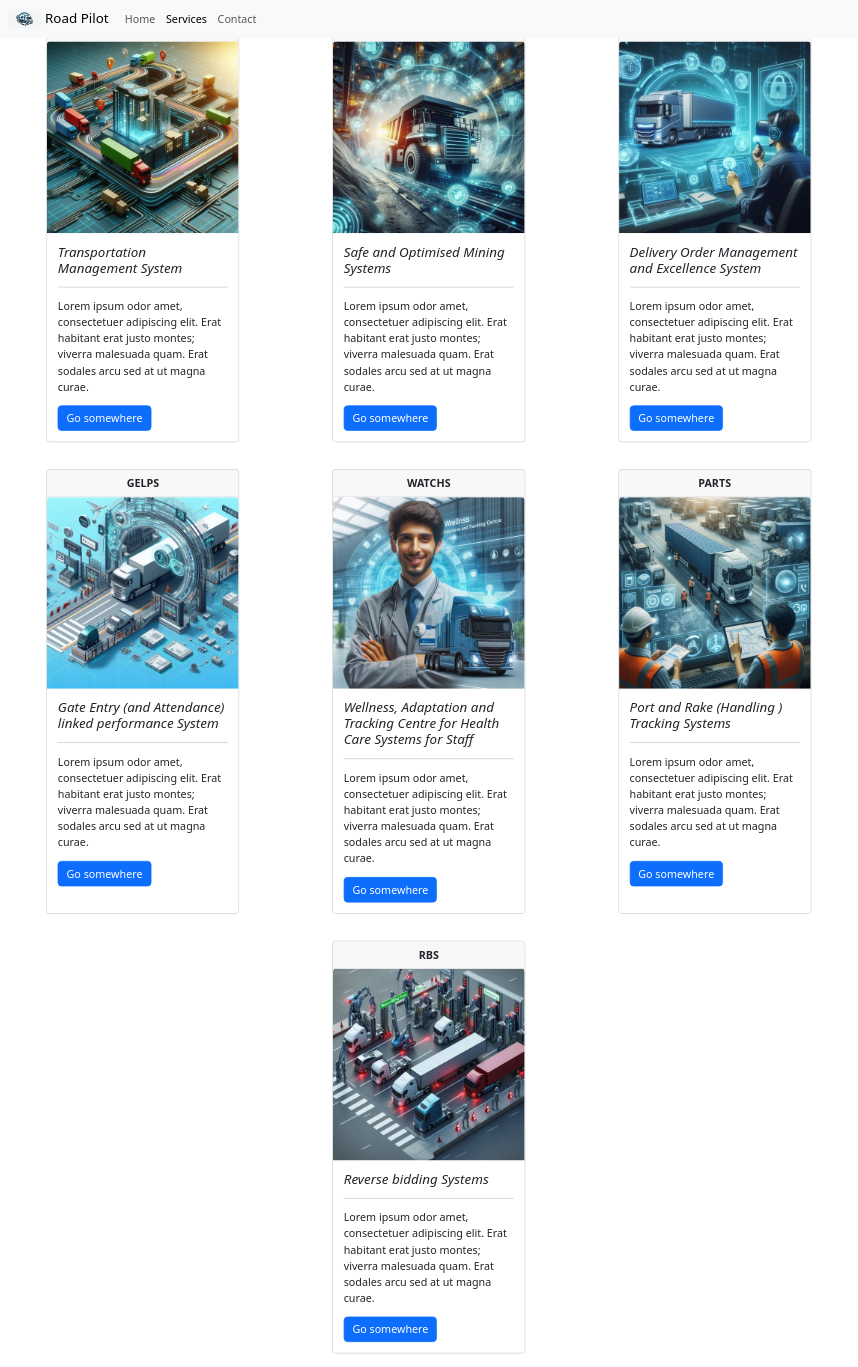
Repository: VictoriousMango/WebCreator
Page: pages/Services.html
The author's editor kept a copy of each file at every save. The page is drawn from the files as they stood at one save, then again after the next save.
The browser window is 1280 px wide. The pictures show the whole page, at 67% of full size.

Above is the page before, as saved 2024-11-09 12:11:48.

### pages/Services.html
<!DOCTYPE html>
<html lang="en">

<head>
    <meta charset="UTF-8">
    <meta name="viewport" content="width=device-width, initial-scale=1.0">
    <title>Web Creator</title>
    <link href="https://cdn.jsdelivr.net/npm/bootstrap@5.3.3/dist/css/bootstrap.min.css" rel="stylesheet"
        integrity="sha384-QWTKZyjpPEjISv5WaRU9OFeRpok6YctnYmDr5pNlyT2bRjXh0JMhjY6hW+ALEwIH" crossorigin="anonymous">
    <link rel="stylesheet" href="../assets/css/services.css">
</head>

<body>
    <!-- Navbar -->
    <nav class="navbar navbar-expand-lg bg-body-tertiary">
        <div class="container-fluid">
            <a class="navbar-brand" href="#">
                <img src="../assets/images/Logo.png" alt="Logo" width="50px" class="d-inline-block align-text-top">
                Road Pilot
            </a>
            <button class="navbar-toggler" type="button" data-bs-toggle="collapse" data-bs-target="#navbarNav"
                aria-controls="navbarNav" aria-expanded="false" aria-label="Toggle navigation">
                <span class="navbar-toggler-icon"></span>
            </button>
            <div class="collapse navbar-collapse" id="navbarNav">
                <ul class="navbar-nav">
                    <li class="nav-item">
                        <a class="nav-link" href="../">Home</a>
                    </li>
                    <li class="nav-item">
                        <a class="nav-link active" aria-current="page" href="#">Services</a>
                    </li>
                    <li class="nav-item">
                        <a class="nav-link" href="./contact.html">Contact</a>
                    </li>
                </ul>
            </div>
        </div>
    </nav>
    <!-- NavBar -->
    <!-- Solutions/Softwares we may provide
            *Transportation Management System (TRAMS)
            *Safe and Optimised Mining Systems (SOMS)
            *Delivery Order Management and Excellence System (DOMES)
            *Gate Entry (and Attendance) linked performance System (GELPS)
            *Wellness ,Adaptation and Tracking Centre for Health Care Systems for Staff(WATCHS)
            *Port and Rake (Handling ) Tracking Systems(PARTS)
            *Reverse bidding Systems
    -->
    <div class="services">
        <!-- TRAMS -->
        <div class="card" style="width: 18rem;">
            <div class="card-header">
                <b>TRAMS</b>
            </div>
            <img src="../assets/images/TRAMS.png" class="card-img-top" alt="...">
            <div class="card-body">
                <h5 class="card-title"><i>Transportation Management System</i></h5>
                <hr>
                <p class="card-text">Lorem ipsum odor amet, consectetuer adipiscing elit. Erat habitant erat justo montes; viverra malesuada quam. Erat sodales arcu sed at ut magna curae.</p>
                <a href="#" class="btn btn-primary">Go somewhere</a>
            </div>
        </div>
        <!-- SOMS -->
        <div class="card" style="width: 18rem;">
            <div class="card-header">
                <b>SOMS</b>
            </div>
            <img src="../assets/images/SOMS.png" class="card-img-top" alt="...">
            <div class="card-body">
                <h5 class="card-title"><i>Safe and Optimised Mining Systems</i></h5>
                <hr>
                <p class="card-text">Lorem ipsum odor amet, consectetuer adipiscing elit. Erat habitant erat justo montes; viverra malesuada quam. Erat sodales arcu sed at ut magna curae.</p>
                <a href="#" class="btn btn-primary">Go somewhere</a>
            </div>
        </div>
        <!-- DOMES -->
        <div class="card" style="width: 18rem;">
            <div class="card-header">
                <b>DOMES</b>
            </div>
            <img src="../assets/images/DOMES.png" class="card-img-top" alt="...">
            <div class="card-body">
                <h5 class="card-title"><i>Delivery Order Management and Excellence System</i></h5>
                <hr>
                <p class="card-text">Lorem ipsum odor amet, consectetuer adipiscing elit. Erat habitant erat justo montes; viverra malesuada quam. Erat sodales arcu sed at ut magna curae.</p>
                <a href="#" class="btn btn-primary">Go somewhere</a>
            </div>
        </div>
        <!-- GELPS -->
        <div class="card" style="width: 18rem;">
            <div class="card-header">
                <b>GELPS</b>
            </div>
            <img src="../assets/images/GELPS.png" class="card-img-top" alt="...">
            <div class="card-body">
                <h5 class="card-title"><i>
                    Gate Entry (and Attendance) linked performance System
                </i></h5>
                <hr>
                <p class="card-text">Lorem ipsum odor amet, consectetuer adipiscing elit. Erat habitant erat justo montes; viverra malesuada quam. Erat sodales arcu sed at ut magna curae.</p>
                <a href="#" class="btn btn-primary">Go somewhere</a>
            </div>
        </div>
        <!-- WATCHS -->
        <div class="card" style="width: 18rem;">
            <div class="card-header">
                <b>WATCHS</b>
            </div>
            <img src="../assets/images/WATCHS.png" class="card-img-top" alt="...">
            <div class="card-body">
                <h5 class="card-title"><i>Wellness, Adaptation and Tracking Centre for Health Care Systems for Staff</i></h5>
                <hr>
                <p class="card-text">Lorem ipsum odor amet, consectetuer adipiscing elit. Erat habitant erat justo montes; viverra malesuada quam. Erat sodales arcu sed at ut magna curae.</p>
                <a href="#" class="btn btn-primary">Go somewhere</a>
            </div>
        </div>
        <!-- PARTS -->
        <div class="card" style="width: 18rem;">
            <div class="card-header">
                <b>PARTS</b>
            </div>
            <img src="../assets/images/PARTS.png" class="card-img-top" alt="...">
            <div class="card-body">
                <h5 class="card-title"><i>Port and Rake (Handling ) Tracking Systems</i></h5>
                <hr>
                <p class="card-text">Lorem ipsum odor amet, consectetuer adipiscing elit. Erat habitant erat justo montes; viverra malesuada quam. Erat sodales arcu sed at ut magna curae.</p>
                <a href="#" class="btn btn-primary">Go somewhere</a>
            </div>
        </div>
        <!-- RBS -->
        <div class="card" style="width: 18rem;">
            <div class="card-header">
                <b>RBS</b>
            </div>
            <img src="../assets/images/RBS.png" class="card-img-top" alt="...">
            <div class="card-body">
                <h5 class="card-title"><i>Reverse bidding Systems</i></h5>
                <hr>
                <p class="card-text">Lorem ipsum odor amet, consectetuer adipiscing elit. Erat habitant erat justo montes; viverra malesuada quam. Erat sodales arcu sed at ut magna curae.</p>
                <a href="#" class="btn btn-primary">Go somewhere</a>
            </div>
        </div>
    </div>


    <!-- Scripts -->
    <script src="https://cdn.jsdelivr.net/npm/bootstrap@5.3.3/dist/js/bootstrap.bundle.min.js"
        integrity="sha384-YvpcrYf0tY3lHB60NNkmXc5s9fDVZLESaAA55NDzOxhy9GkcIdslK1eN7N6jIeHz"
        crossorigin="anonymous"></script>
    <script src="https://cdn.jsdelivr.net/npm/@popperjs/core@2.11.8/dist/umd/popper.min.js"
        integrity="sha384-I7E8VVD/ismYTF4hNIPjVp/Zjvgyol6VFvRkX/vR+Vc4jQkC+hVqc2pM8ODewa9r"
        crossorigin="anonymous"></script>
    <script src="https://cdn.jsdelivr.net/npm/bootstrap@5.3.3/dist/js/bootstrap.min.js"
        integrity="sha384-0pUGZvbkm6XF6gxjEnlmuGrJXVbNuzT9qBBavbLwCsOGabYfZo0T0to5eqruptLy"
        crossorigin="anonymous"></script>
</body>

</html>

### assets/css/services.css
.navbar {
    background-color: #333;
    color: white;
    /* margin-bottom: 5px; */
    /* padding: 15px; */
    position: fixed; /* Make the navbar fixed */
    top: 0; /* Stick to the top */
    width: 100%; /* Full width */
    z-index: 1000; /* Ensure it stays above other content */
}

.services {
    padding-top: 0px;
    display: flex;
    flex-wrap: wrap;
    justify-content: space-around;
}

.card {
    width: 200px;
    margin: 20px;
}

.card:hover {
    transform: scale(1.05);
    transition: ease-in-out;
    box-shadow: 0 0 20px rgba(0, 217, 255, 0.7); /* Change the color and intensity as needed */
}

.card-header {
    display: flex;
    justify-content: center;
}

After the next save:
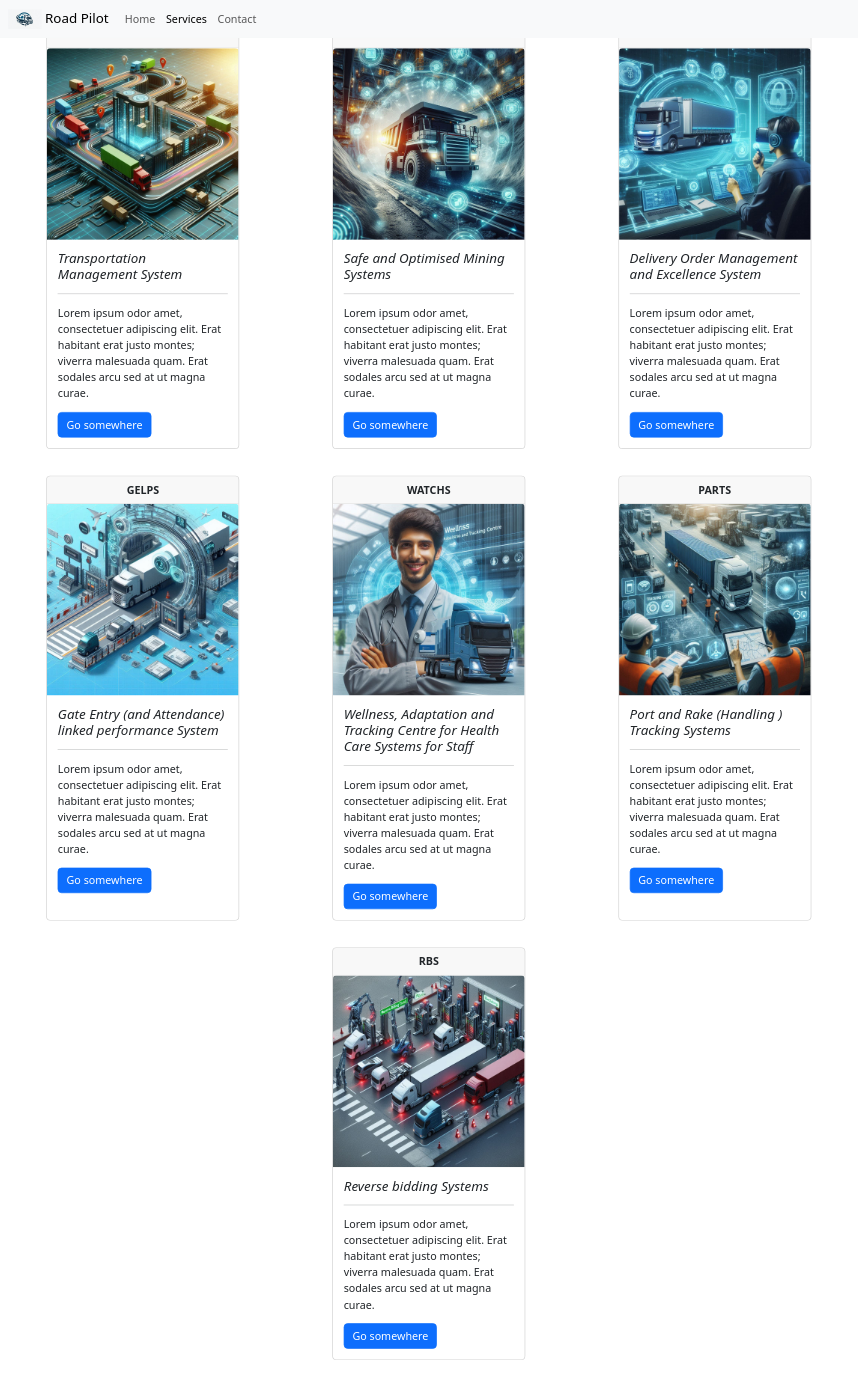
Saved 4 s later.
--- a/assets/css/services.css
+++ b/assets/css/services.css
@@ -10,7 +10,7 @@
 }
 
 .services {
-    padding-top: 0px;
+    padding-top: 10px;
     display: flex;
     flex-wrap: wrap;
     justify-content: space-around;
